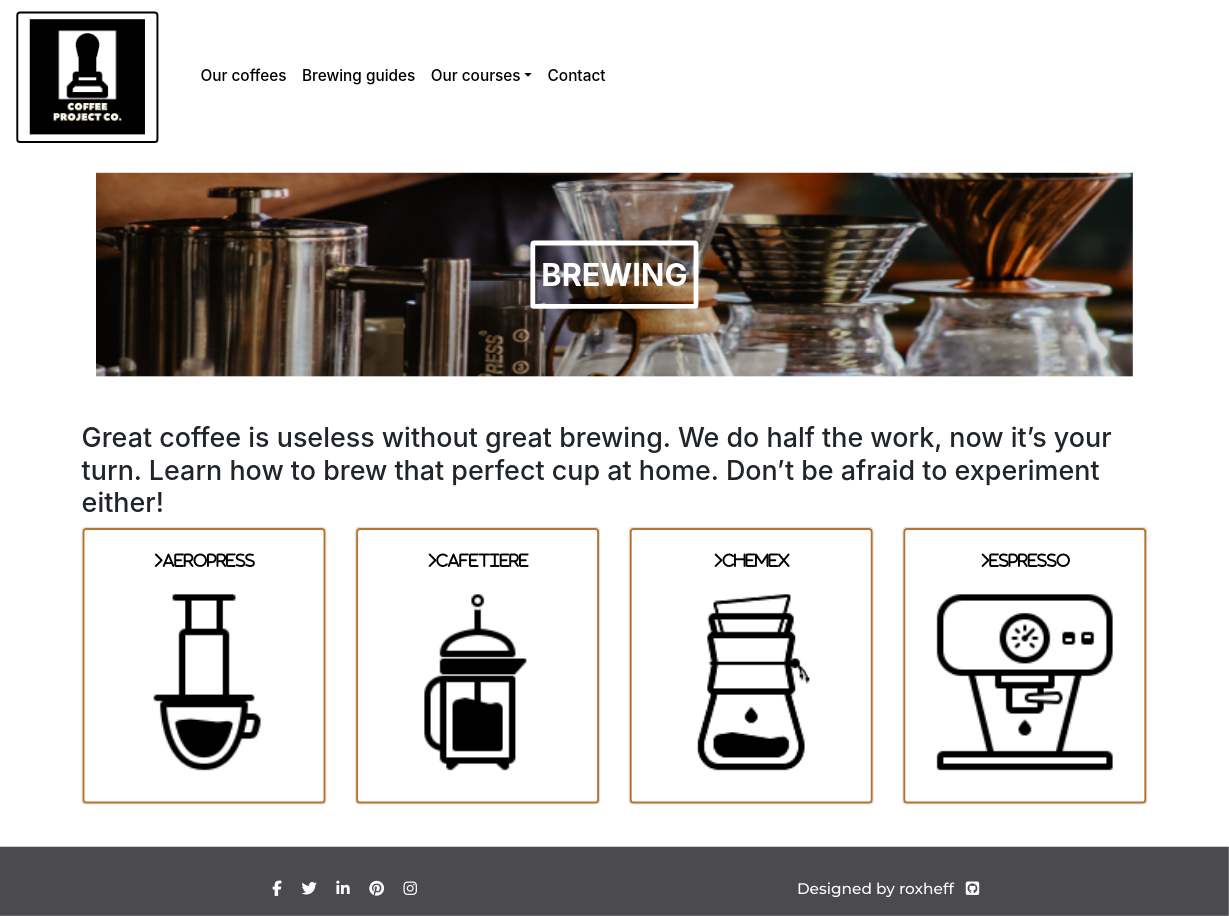
Repository: roxanahefferon/M1
Page: brewing.html
The author's editor kept a record of every edit. The page is drawn from the files as they stood at one moment, then again after the next edit.
The browser window is 1280 px wide. The pictures show the whole page, at 96% of full size.
Some web libraries are served in a nearby version.

Above is the page before.

After the next edit:
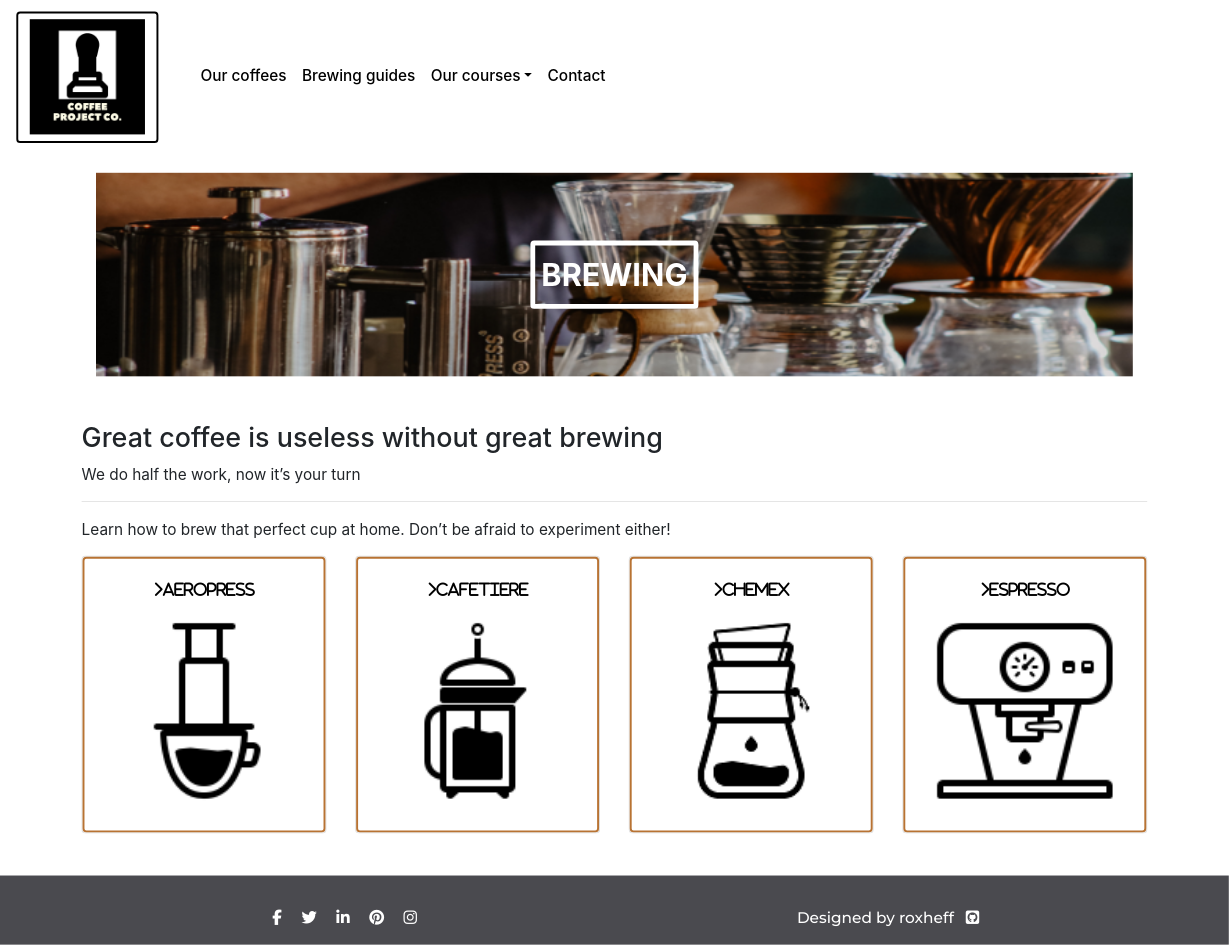
The edit:
--- a/brewing.html
+++ b/brewing.html
@@ -65,7 +65,10 @@
 <div class="container">
   <div class="row">
     <div class="col">
-      <h3>Great coffee is useless without great brewing. We do half the work, now it’s your turn. Learn how to brew that perfect cup at home. Don’t be afraid to experiment either!</h3>
+      <h3>Great coffee is useless without great brewing</h3>
+      <p>We do half the work, now it’s your turn</p>
+      <hr>
+      <p>Learn how to brew that perfect cup at home. Don’t be afraid to experiment either!</p>
     </div>
   </div>
 </div>
